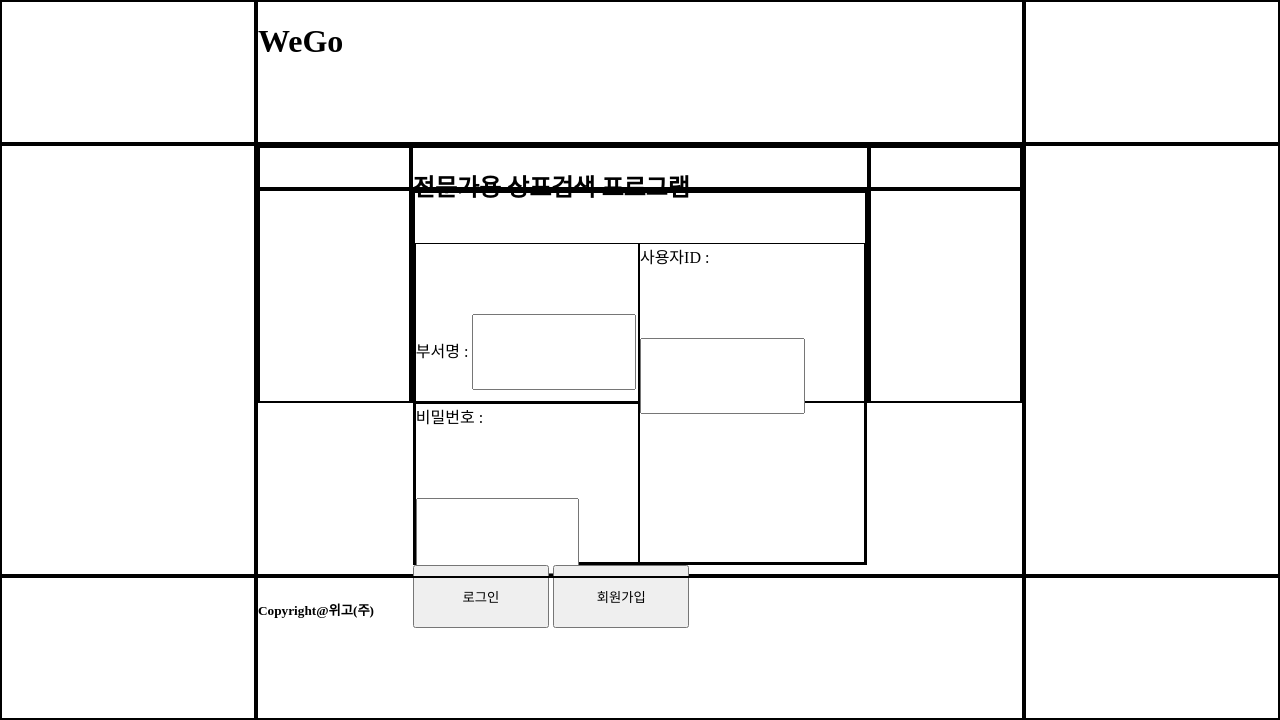
Repository: hamuse/wego1
Page: http://localhost/teamW1/facade.do
An editor plug-in stored every save of this project. The page is shown before and after the next save, followed by the edit.
The browser window is 1280 px wide. The pictures show the whole page.
Some web libraries are served in a nearby version. The page is served by Tomcat 9.

Above is the page before, as saved 2019-10-07 10:42:59.

After the next save:
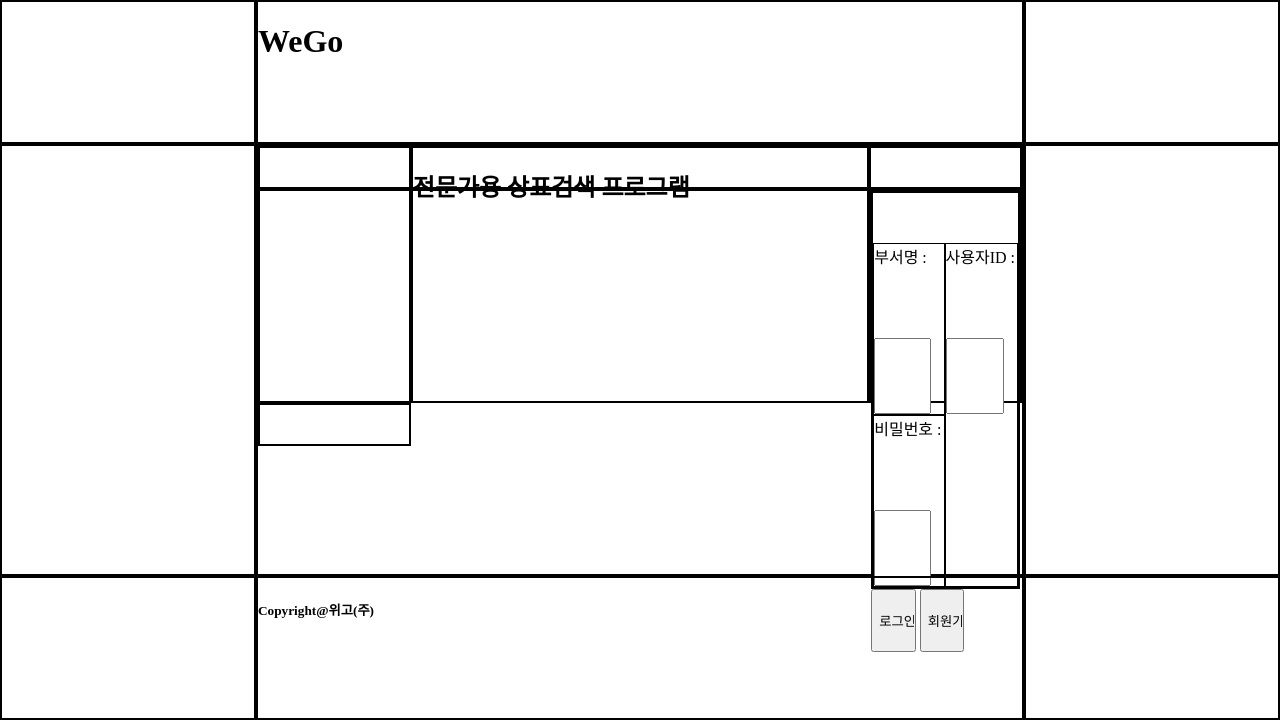
Saved 45 s later.
--- a/teamW1/WebContent/WEB-INF/views/facade/main.jsp
+++ b/teamW1/WebContent/WEB-INF/views/facade/main.jsp
@@ -3,7 +3,7 @@
 <%@ taglib prefix="c" uri="http://java.sun.com/jsp/jstl/core" %>
 <jsp:include page="../common/head.jsp"/>
 <div class="container">
-<div></div><div><h2>전문가용 상표검색 프로그램</h2></div>
+<div></div><div><h2>전문가용 상표검색 프로그램</h2></div><div></div>
 <div></div><div></div>
 
 <div class="content">

After the save that followed:
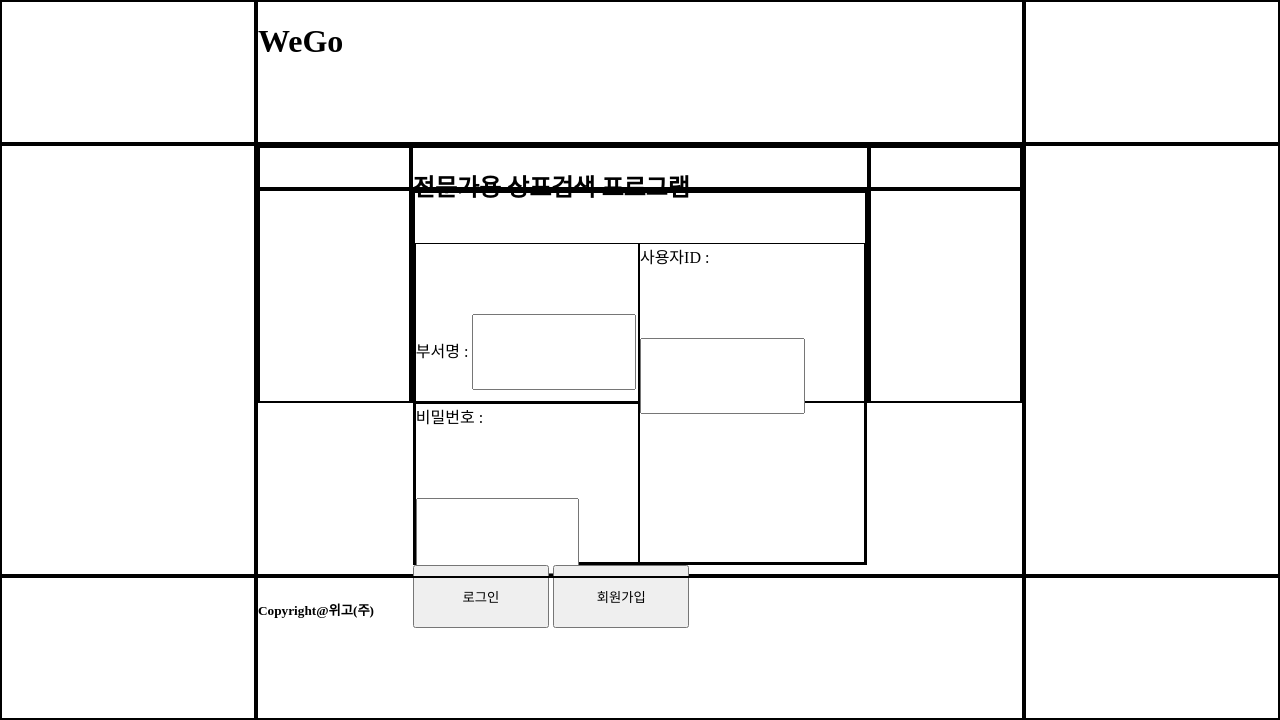
Saved 18 s later.
--- a/teamW1/WebContent/WEB-INF/views/facade/main.jsp
+++ b/teamW1/WebContent/WEB-INF/views/facade/main.jsp
@@ -4,7 +4,7 @@
 <jsp:include page="../common/head.jsp"/>
 <div class="container">
 <div></div><div><h2>전문가용 상표검색 프로그램</h2></div><div></div>
-<div></div><div></div>
+<div></div>
 
 <div class="content">
 <c:choose>
